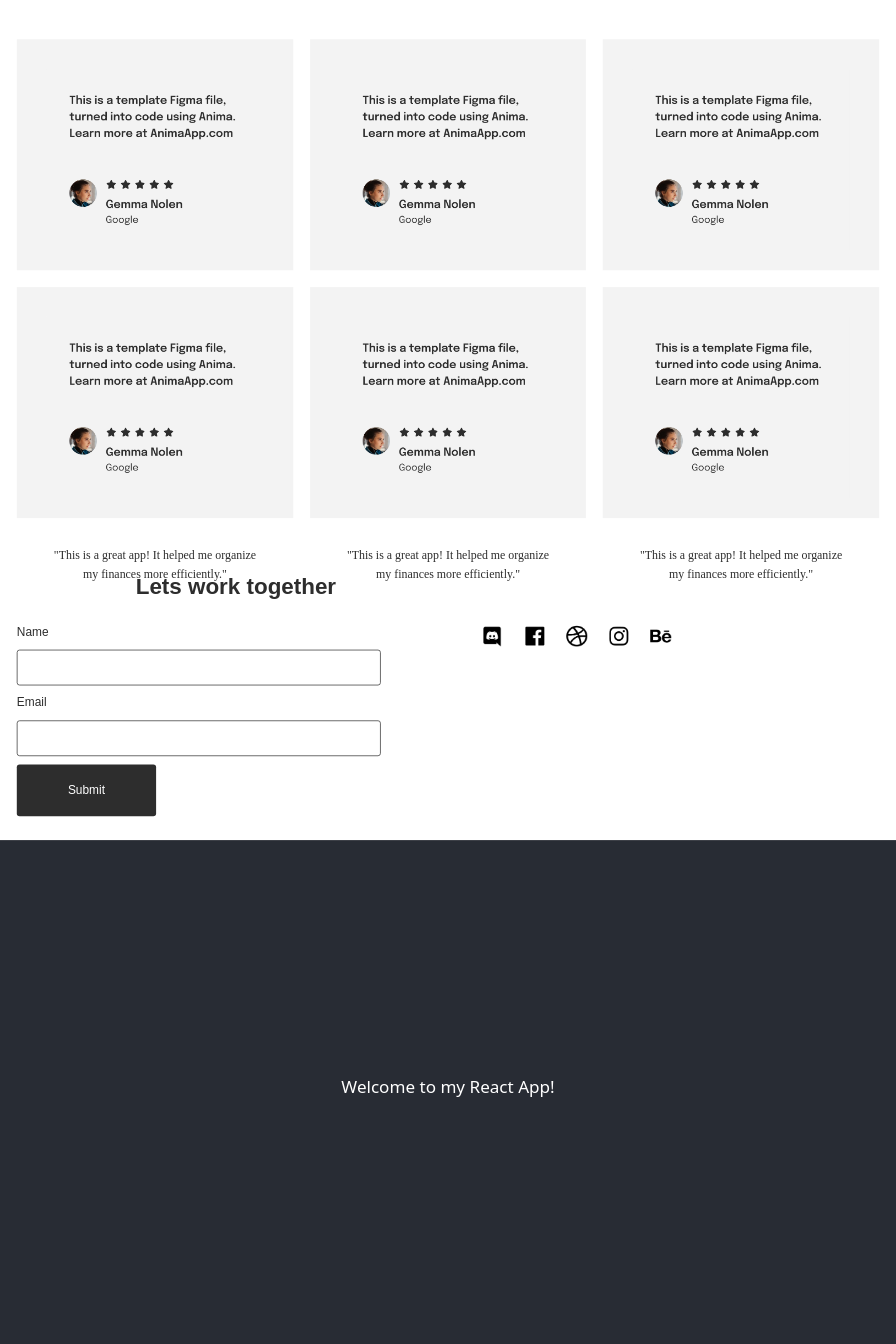
Repository: nida463/project-portofolio
Page: /
These files come from the project's save history. The page is drawn as it stood at one moment and after the next save; the edit follows.
The browser window is 1280 px wide. The pictures show the part of the page from y = 2193 to 4113 px (the page is 4113 px tall), at 70% of full size.
The project was rebuilt for these pictures with package versions that can differ from the ones it lists, and the page was loaded fresh each time.

Above is the page before, as saved 2024-09-18 11:34:11.

After the next save:
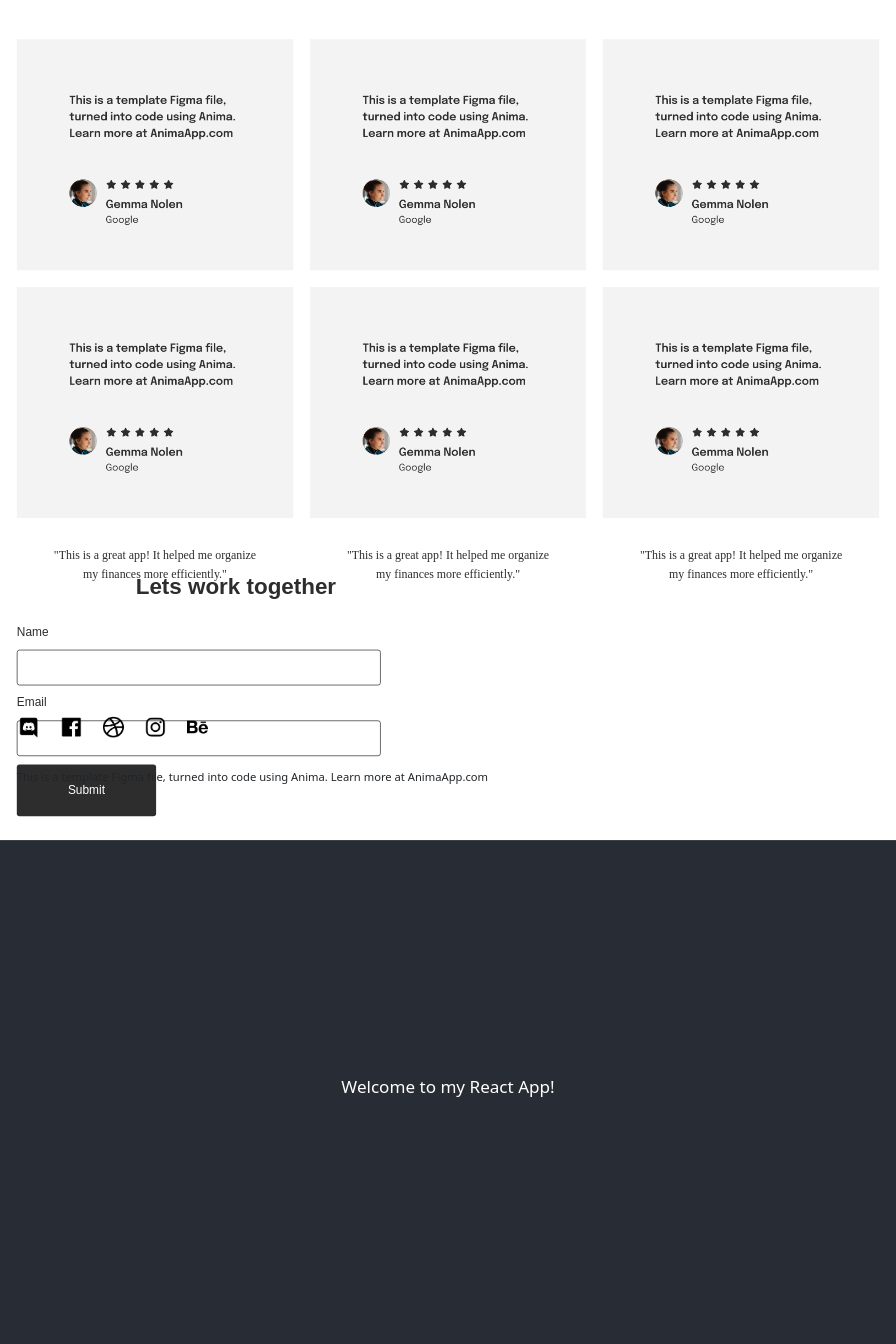
Saved 4 min 17 s later.
--- a/src/Components/Contact.js
+++ b/src/Components/Contact.js
@@ -7,22 +7,27 @@
     <section className="contact-section">
       <h2 className="contact-title">Lets work together</h2>
       <div className="contact-content">
-        <form className="contact-form">
-          <label htmlFor="name">Name</label>
-          <input type="text" id="name" name="name" required />
+        <div className="contact-info">
+          <div className="contact-form">
+            <label htmlFor="name">Name</label>
+            <input type="text" id="name" name="name" required />
 
-          <label htmlFor="email">Email</label>
-          <input type="email" id="email" name="email" required />
+            <label htmlFor="email">Email</label>
+            <input type="email" id="email" name="email" required />
 
-          <button type="submit" className="contact-button">Submit</button>
-        </form>
-        <div className="social-links">
-          <img src="/img/discord.png" alt="Discord" className="social-icon" />
-          <img src="/img/facebook.png" alt="Facebook" className="social-icon" />
-          <img src="/img/dribble.png" alt="Dribble" className="social-icon" />
-          <img src="/img/instagram.png" alt="Instagram" className="social-icon" />
-          <img src="/img/behance.png" alt="Behance" className="social-icon" />
+            <button type="submit" className="contact-button">Submit</button>
+          </div>
+          <div className="social-links">
+            <img src="/img/discord.png" alt="Discord" className="social-icon" />
+            <img src="/img/facebook.png" alt="Facebook" className="social-icon" />
+            <img src="/img/dribble.png" alt="Dribble" className="social-icon" />
+            <img src="/img/instagram.png" alt="Instagram" className="social-icon" />
+            <img src="/img/behance.png" alt="Behance" className="social-icon" />
+          </div>
         </div>
+        <p className="contact-description">
+          This is a template Figma file, turned into code using Anima. Learn more at AnimaApp.com
+        </p>
       </div>
     </section>
   );
